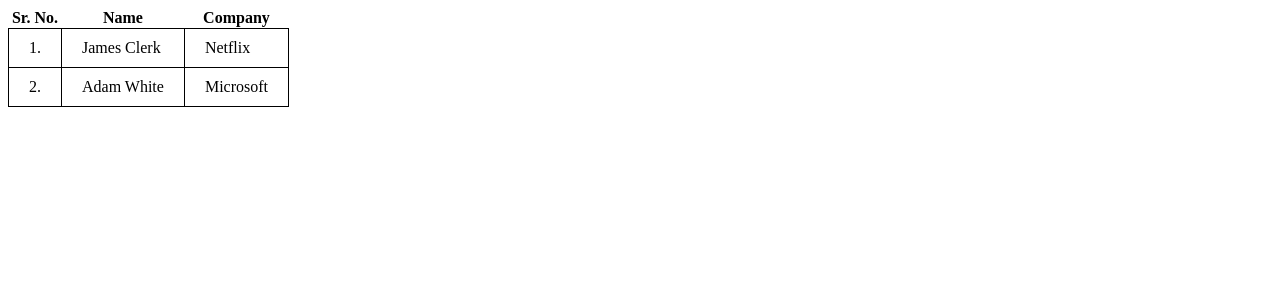
Repository: lhggiang/bangcuuchuong
Page: index.html
The author's editor kept a copy of each file at every save. The page is drawn from the files as they stood at one save, then again after the next save.
The browser window is 1280 px wide. The pictures show the whole page.

Above is the page before, as saved 2023-05-19 07:26:21.

After the next save:
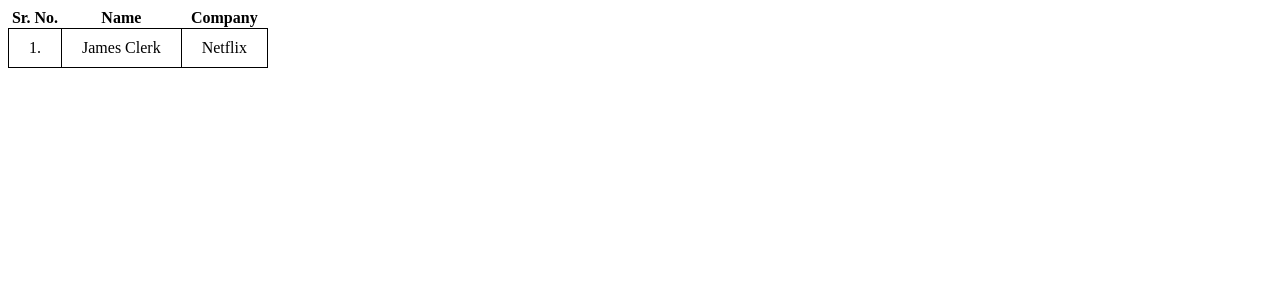
Saved 10 s later.
--- a/javascript.js
+++ b/javascript.js
@@ -33,17 +33,3 @@ row_2.appendChild(row_2_data_1);
 row_2.appendChild(row_2_data_2);
 row_2.appendChild(row_2_data_3);
 tbody.appendChild(row_2);
-
-// Creating and adding data to third row of the table
-let row_3 = document.createElement("tr");
-let row_3_data_1 = document.createElement("td");
-row_3_data_1.innerHTML = "2.";
-let row_3_data_2 = document.createElement("td");
-row_3_data_2.innerHTML = "Adam White";
-let row_3_data_3 = document.createElement("td");
-row_3_data_3.innerHTML = "Microsoft";
-
-row_3.appendChild(row_3_data_1);
-row_3.appendChild(row_3_data_2);
-row_3.appendChild(row_3_data_3);
-tbody.appendChild(row_3);
